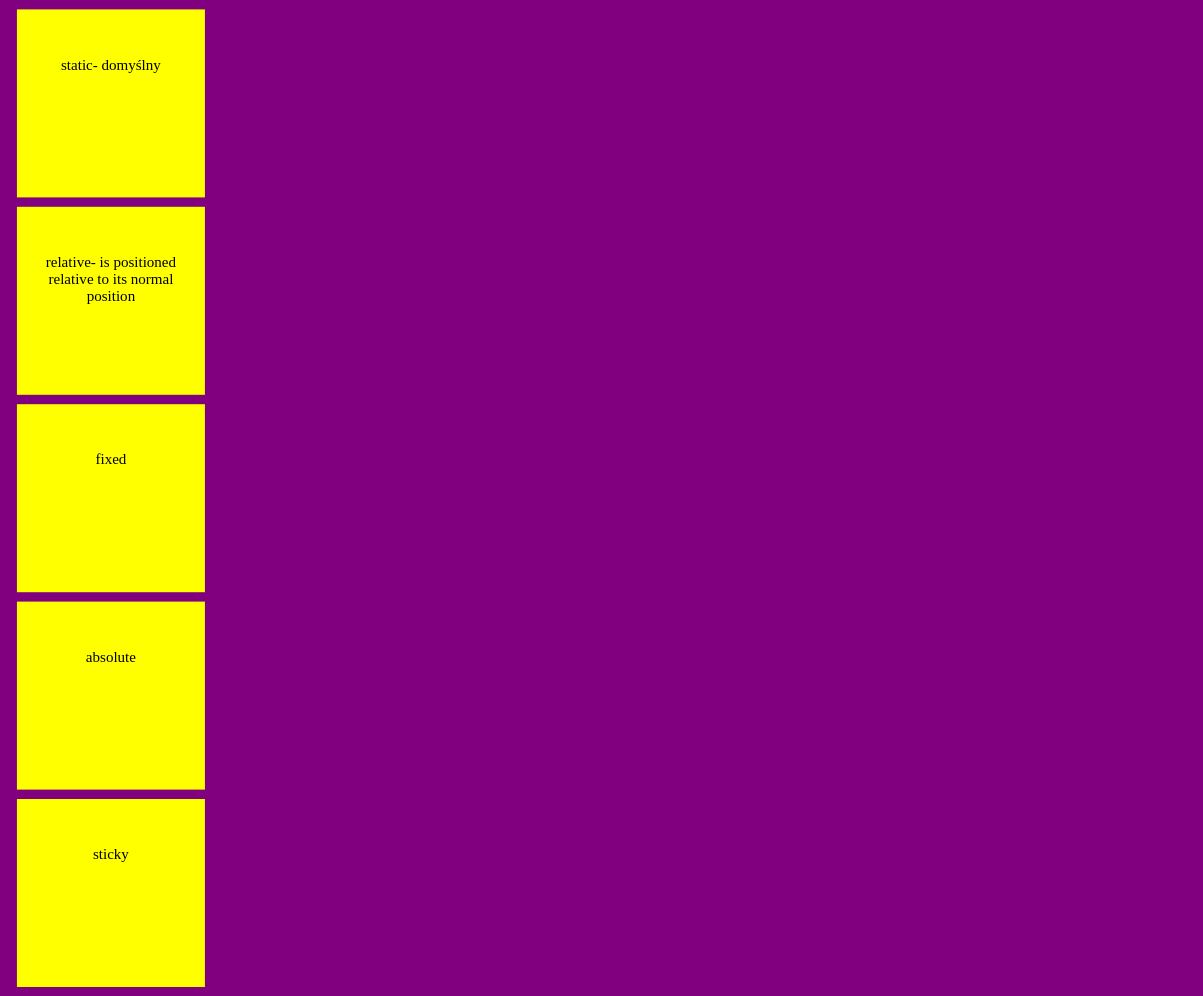
Repository: quenrythane/homepage
Page: CSS positions/CSS-positions.html
An editor plug-in stored every save of this project. The page is shown before and after the next save, followed by the edit.
The browser window is 1280 px wide. The pictures show the whole page, at 94% of full size.

Above is the page before, as saved 2020-10-11 00:21:19.

After the next save:
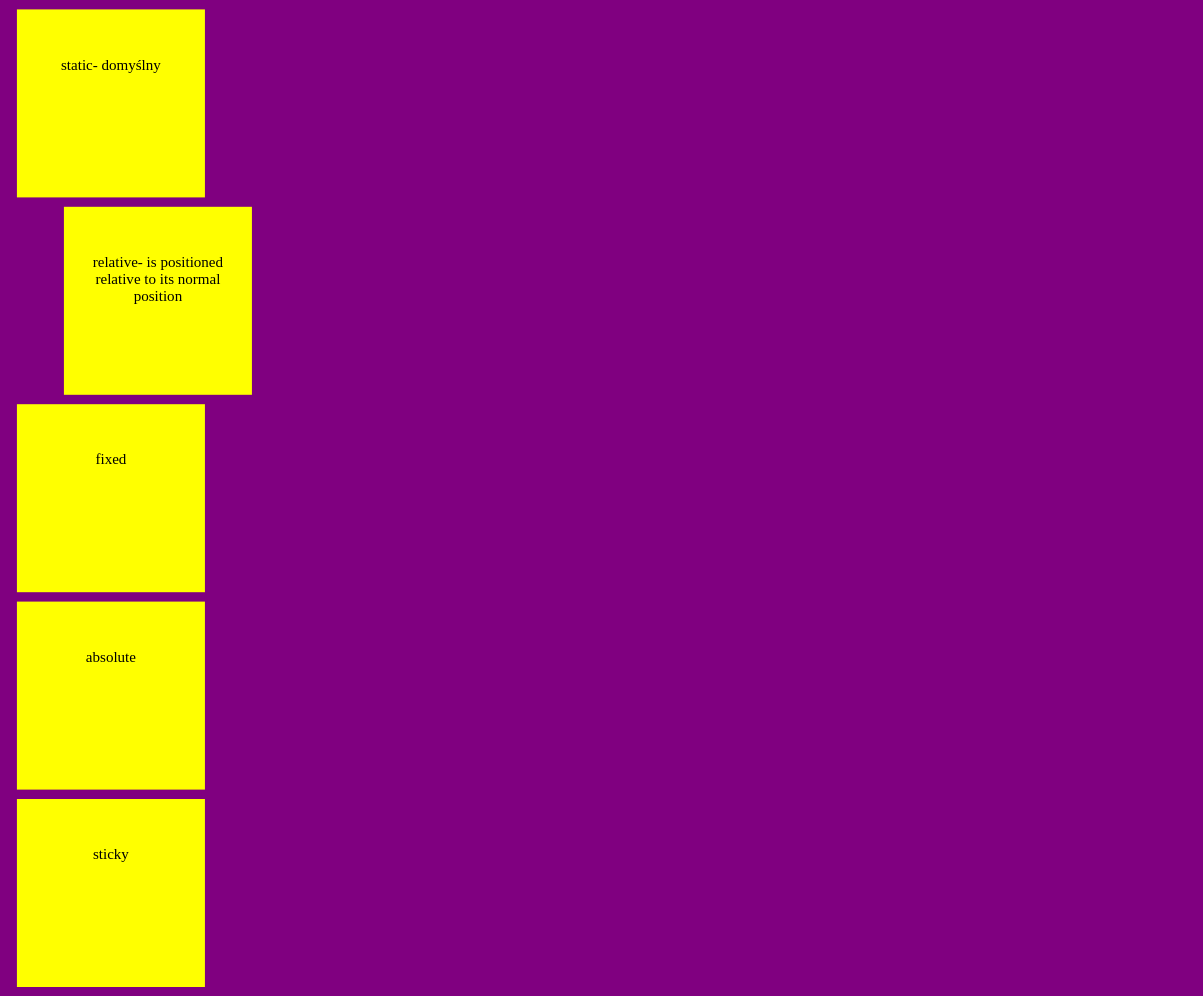
Saved 24 s later.
--- a/CSS positions/CSS-positions.css
+++ b/CSS positions/CSS-positions.css
@@ -18,7 +18,8 @@
 }
 
 .relative{
-
+    position: relative;
+    left: 50px;
 }
 
 .fixed{
